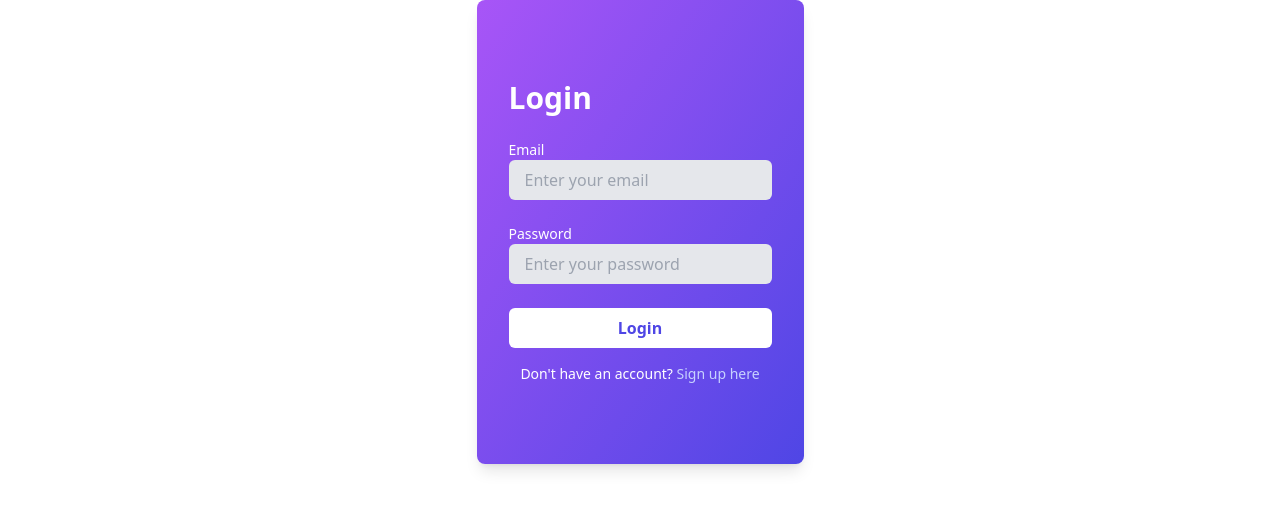
Repository: shaafsalman/product-Management-MERN
Page: / (app in frontend/)
An editor plug-in stored every save of this project. The page is shown before and after the next save, followed by the edit.
The browser window is 1280 px wide. The pictures show the whole page.
The project was rebuilt for these pictures with package versions that can differ from the ones it lists, and the page was loaded fresh each time. Also part of the build but not shown: frontend/vite.config.js, frontend/src/Pages/NoPage.jsx.

Above is the page before, as saved 2024-05-14 00:43:29.

### frontend/src/App.jsx
import React from 'react';
import { BrowserRouter as Router, Routes, Route, Navigate } from 'react-router-dom';
import Login from "./Pages/Login"
import NoPage from './Pages/NoPage';
const App = () => {
  return (
    <div className="App">
      <Router>
        <div>
          <Routes>
            <Route path="/" element={<Login/>} />
            <Route path="/login" element={<Login />} />
            <Route path="/*" element={<NoPage />} />
          </Routes>
        </div>
      </Router>
    </div>
  );
};


export default App;

### frontend/src/Pages/Login.jsx
import React from 'react';
import { Link } from 'react-router-dom';

const Login = () => {
  return (
    <div className="flex justify-center items-center h-full">
      <div className="max-w-lg rounded-lg overflow-hidden shadow-lg bg-gradient-to-br from-purple-500 to-indigo-600">
        <div className="lg:px-8 lg:py-20 px-6 py-12">
          <h2 className="text-3xl font-semibold text-white mb-6">Login</h2>
          <form className="space-y-6">
            <div>
              <label className="block text-sm text-white">Email</label>
              <input
                type="email"
                className="w-full px-4 py-2 rounded-md bg-gray-200 text-gray-800 focus:outline-none focus:bg-white focus:text-gray-900"
                placeholder="Enter your email"
              />
            </div>
            <div>
              <label className="block text-sm text-white">Password</label>
              <input
                type="password"
                className="w-full px-4 py-2 rounded-md bg-gray-200 text-gray-800 focus:outline-none focus:bg-white focus:text-gray-900"
                placeholder="Enter your password"
              />
            </div>
            <div>
              <button
                type="submit"
                className="w-full bg-white text-indigo-600 py-2 rounded-md font-semibold hover:bg-indigo-600 hover:text-white transition duration-300"
              >
                Login
              </button>
            </div>
          </form>
          <div className="text-center mt-4">
            <p className="text-sm text-white">
              Don't have an account?{' '}
              <Link to="/signup" className="text-indigo-200 hover:text-white">
                Sign up here
              </Link>
            </p>
          </div>
        </div>
      </div>
    </div>
  );
};

export default Login;

Loaded but not shown: frontend/index.html (common file); frontend/src/main.jsx (common file); frontend/src/index.css (common file); frontend/tailwind.config.js (common file)

After the next save:
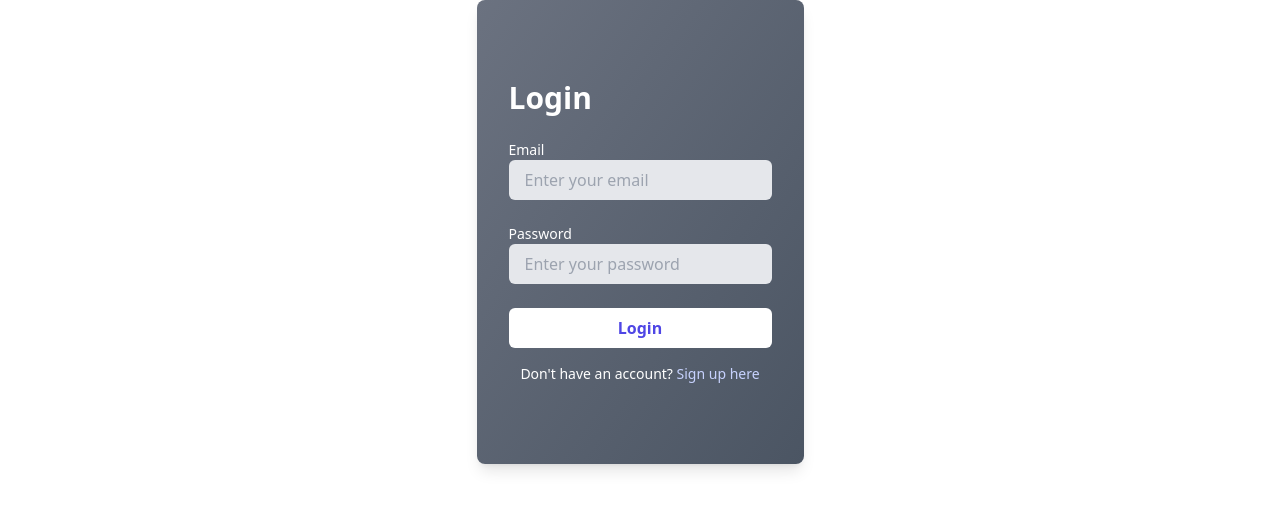
Saved 19 s later.
--- a/frontend/src/Pages/Login.jsx
+++ b/frontend/src/Pages/Login.jsx
@@ -4,7 +4,7 @@ import { Link } from 'react-router-dom';
 const Login = () => {
   return (
     <div className="flex justify-center items-center h-full">
-      <div className="max-w-lg rounded-lg overflow-hidden shadow-lg bg-gradient-to-br from-purple-500 to-indigo-600">
+      <div className="max-w-lg rounded-lg overflow-hidden shadow-lg bg-gradient-to-br from-gray-500 to-gray-600">
         <div className="lg:px-8 lg:py-20 px-6 py-12">
           <h2 className="text-3xl font-semibold text-white mb-6">Login</h2>
           <form className="space-y-6">
